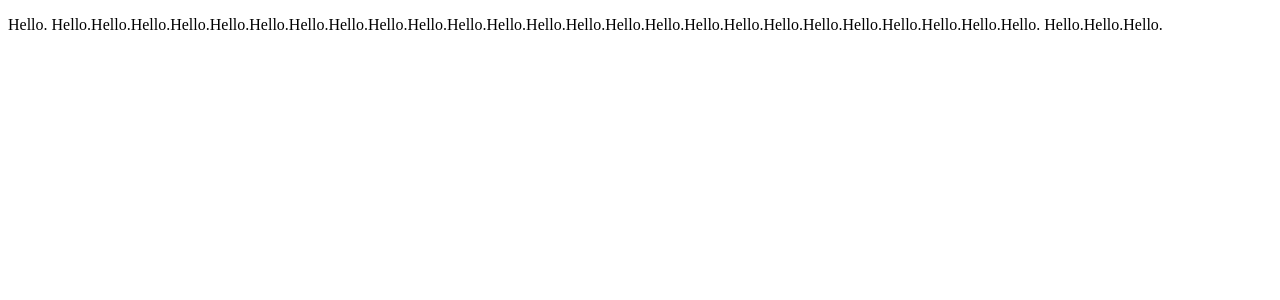
Repository: kojimayu/dotinstall-JavaScript-DOM
Page: index.html
The author's editor kept a copy of each file at every save. The page is drawn from the files as they stood at one save, then again after the next save.
The browser window is 1280 px wide. The pictures show the whole page.

Above is the page before, as saved 2019-04-13 17:50:10.
Console error: TypeError: Cannot read properties of null (reading 'addEventListener')

### index.html
<!DOCTYPE html>
<html lang="ja">

<head>
  <meta charset="UTF-8">
  <title>JavaScript</title>

</head>

<body>
  <p>Hello. Hello.Hello.Hello.Hello.Hello.Hello.Hello.Hello.Hello.Hello.Hello.Hello.Hello.Hello.Hello.Hello.Hello.Hello.Hello.Hello.Hello.Hello.Hello.Hello.Hello. Hello.Hello.Hello.</p>

  <script src="js/main.js"></script>

</body>

</html>

### js/main.js
'use strict';

{
  const a = document.querySelector('a');
  const span = document.querySelector('span');

  a.addEventListener('click', e => {
    a.classList.add('hidden');
    span.classList.remove('hidden');
  });


}

After the next save:
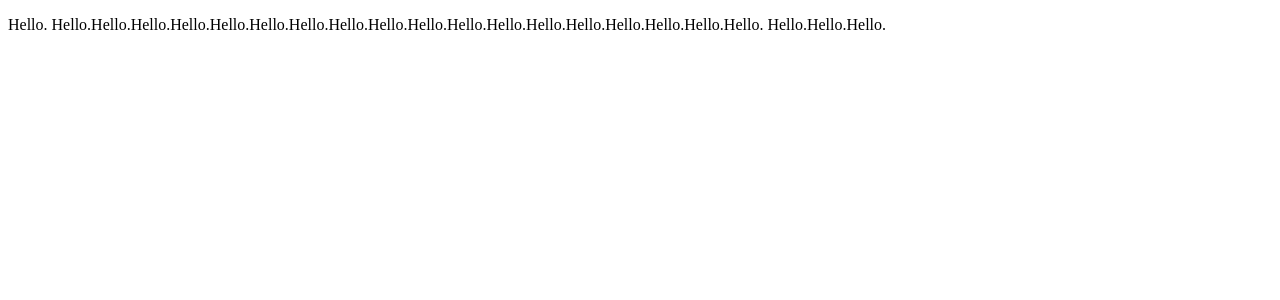
The error is gone.
Saved 2 min 8 s later.
--- a/index.html
+++ b/index.html
@@ -4,11 +4,13 @@
 <head>
   <meta charset="UTF-8">
   <title>JavaScript</title>
-
+  <style>
+    display:none;
+  </div></style>
 </head>
 
 <body>
-  <p>Hello. Hello.Hello.Hello.Hello.Hello.Hello.Hello.Hello.Hello.Hello.Hello.Hello.Hello.Hello.Hello.Hello.Hello.Hello.Hello.Hello.Hello.Hello.Hello.Hello.Hello. Hello.Hello.Hello.</p>
+  <p>Hello. Hello.Hello.Hello.Hello.Hello.Hello.Hello.Hello.Hello.Hello.Hello.Hello.Hello.Hello.Hello.Hello.Hello.Hello.<span class="hidden"> Hello.Hello.Hello.</span><a href=""></a></p>
 
   <script src="js/main.js"></script>
 
